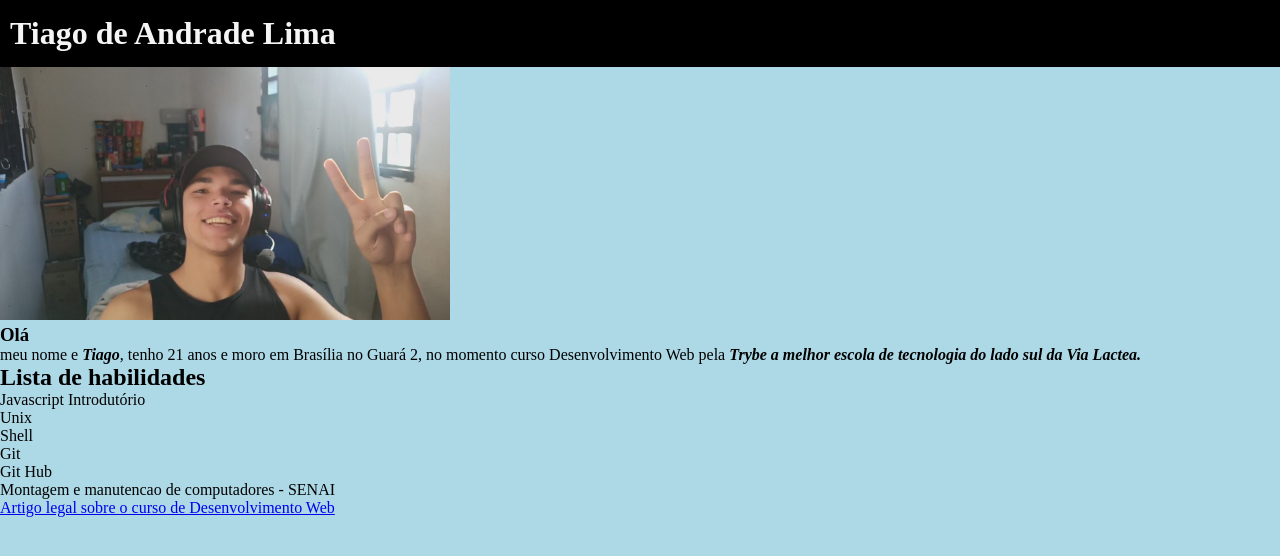
Repository: Batatiago/Batatiago.github.io
Page: index.html
The author's editor kept a copy of each file at every save. The page is drawn from the files as they stood at one save, then again after the next save.
The browser window is 1280 px wide. The pictures show the whole page.

Above is the page before, as saved 2023-06-28 23:33:12.

### index.html
<!DOCTYPE html>
<html lang="pt-br">

<head>
  <meta charset="UTF-8">
  <title>Tiago de Andrade Lima</title>
  <link rel="stylesheet" href="style.css">
</head>

<body>
  <div>
    <h1 class="meuNome"> Tiago de Andrade Lima</h1>
    <img src="2023-06-23-160707.jpg" alt="Imagem de Tiago" id="foto" width="450px">
    <h3>Olá</h3>
    <p class="descricao"> meu nome e <strong><em>Tiago</em></strong>, tenho 21 anos e moro em Brasília no Guará 2, no momento curso Desenvolvimento
      Web pela <strong><em>Trybe a melhor escola de tecnologia do lado sul da Via Lactea.</em></strong></p>
  </div>
  <h2>Lista de habilidades</h2>
  <ul>
    <li class="javascript">Javascript Introdutório</li>
    <li class="unix">Unix</li>
    <li class="shell">Shell</li>
    <li class="git">Git</li>
    <li class="gitHub">Git Hub</li>
    <li>Montagem e manutencao de computadores - SENAI</li>
  </ul>
  <a href="https://blog.betrybe.com/carreira/frontend/" target="_blank">Artigo legal sobre o curso de Desenvolvimento
    Web</a>
</body>

</html>

### style.css
* {
    background-color: lightblue;
    margin: 0;
    border: 0;
    padding: 0;
}

.tiago {
}

.meuNome {
    font-family: 'Times New Roman', Times, sans-serif;
    background-color: black;
    color: whitesmoke;
    padding: 15px 10px;
}

After the next save:
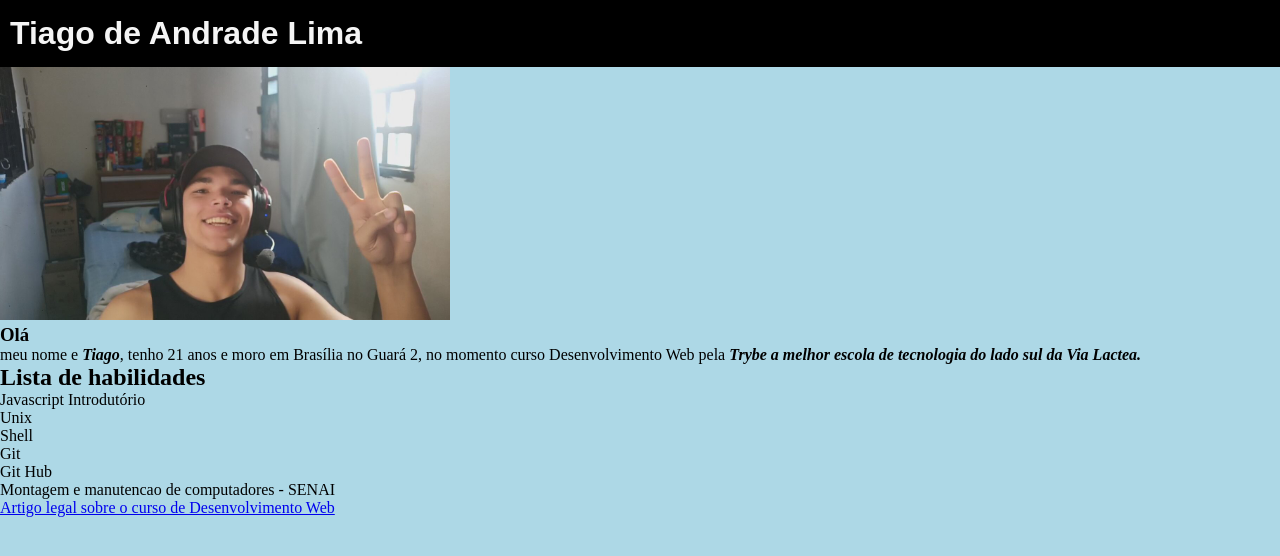
Saved 48 s later.
--- a/style.css
+++ b/style.css
@@ -9,7 +9,7 @@
 }
 
 .meuNome {
-    font-family: 'Times New Roman', Times, sans-serif;
+    font-family: 'Monserrat', sans-serif;
     background-color: black;
     color: whitesmoke;
     padding: 15px 10px;
